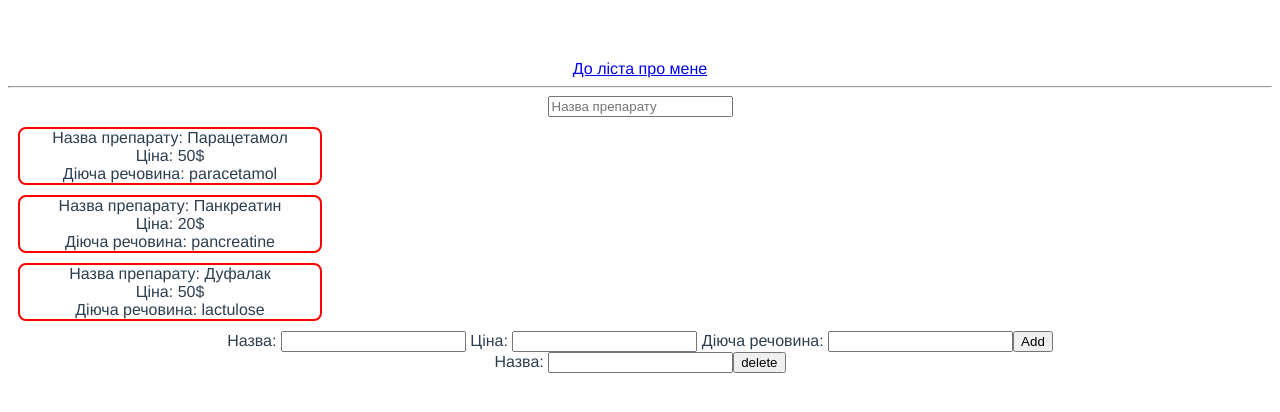
Repository: KYUUBI-K/Labs-from-2-course-
Page: /#/list (app in lab2(pharmacy)/)
These files come from the project's save history. The page is drawn as it stood at one moment and after the next save; the edit follows.
The browser window is 1280 px wide. The pictures show the whole page.
The project was rebuilt for these pictures with package versions that can differ from the ones it lists, and the page was loaded fresh each time.

Above is the page before, as saved 2021-12-21 14:44:43.

### lab2(pharmacy)/src/main.js
import Vue from 'vue'
import App from './App.vue'
import store from './state/index'
import VueRouter from 'vue-router';
import router from './router/index'

Vue.use(VueRouter);

Vue.config.productionTip = false

new Vue({
  store,
  router,
  render: (h) => h(App),
}).$mount('#app')

### lab2(pharmacy)/src/App.vue
<template>
  <div id="app">
    <router-link to="/list">До ліста </router-link>
    <router-link to="/AboutMe">про мене </router-link>
    <hr />
    <router-view></router-view>
  </div>
</template>

<script>
export default {
  name: "App",
  components: {},
};
</script>

<style>
#app {
  font-family: Avenir, Helvetica, Arial, sans-serif;
  -webkit-font-smoothing: antialiased;
  -moz-osx-font-smoothing: grayscale;
  text-align: center;
  color: #2c3e50;
  margin-top: 60px;
}
</style>

### lab2(pharmacy)/src/state/index.js
import Vue from 'vue'
import Vuex from 'vuex'
import { v4 as uuidv4 } from 'uuid'
Vue.use(Vuex)

const store = new Vuex.Store({
  state: {
    search:"",
    taskList:[
        {
          id:1, title:'Парацетамол', price:'50', active_substance:'paracetamol',
        },
        {
            id:2, title:'Панкреатин', price:'20', active_substance:'pancreatine',

        },
        {
            id:3, title:'Дуфалак', price:'50', active_substance:'lactulose',

        }
    ]
  },
  getters:{
      getTaskList:(state)=>state.taskList
  },
  mutations:{
    addNewTask(state, dataObj) {
      state.taskList.push({
        id: uuidv4(),
        ...dataObj,
      })
    },
    deleteTask(state,dataobj){


            state.taskList.splice(dataobj.title,1)

    }
  },
  actions:{
    addTask({ commit }, data) {
      commit('addNewTask', data)
    },
    delete({commit},data){
        commit('deleteTask',data)
    }
  }

})

export default store

### lab2(pharmacy)/src/router/index.js
import Vue from 'vue';
import VueRouter from 'vue-router';
import Tasklist from '../components/Tasklist'
Vue.use(VueRouter);

export const router = new VueRouter({
    routes:[
    {
        path:'/list',
        component:Tasklist,
        name:'list',
    }
    ]

});
export default router

### lab2(pharmacy)/src/components/Tasklist/index.vue
<template>
  <div>
    <div>
      <input type="search" v-model="search" placeholder="Назва препарату" />
    </div>
    <task-item v-for="task in filterTask" :key="task.id" :task="task" />
    <div>
      <add-new-task />
    </div>
  </div>
</template>

<script>
import TaskItem from "./Taskitem";
import AddNewTask from "@/components/AddNewTask";

import { mapGetters } from "vuex";
export default {
  data() {
    return {
      search: "",
    };
  },
  name: "TaskList",
  components: {
    TaskItem,
    AddNewTask,
  },
  computed: {
    ...mapGetters(["getTaskList"]),
    filterTask() {
      let list = [...this.getTaskList];
      if (this.search) {
        list = list.filter((item) => {
          return item.title.indexOf(this.search) > -1;
        });
      }
      return list;
    },
  },
};
</script>

<style lang="scss" scoped>
</style>

### lab2(pharmacy)/src/components/Tasklist/Taskitem/index.vue
<template>
  <div class="task">
    <div>Назва препарату: {{ task.title }}</div>
    <div>Ціна: {{ task.price }}$</div>
    <div>Діюча речовина: {{ task.active_substance }}</div>
  </div>
</template>

<script>
export default {
  name: "Taskitem",
  props: {
    task: {
      type: Object,
      default: () => ({}),
    },
  },
};
</script>

<style lang="css" scoped>
.task {
  width: 300px;
  border: 2px solid red;
  border-radius: 8px;
  margin: 10px;
}
</style>

### lab2(pharmacy)/src/components/AddNewTask/index.vue
<template>
  <div>
    <div>
      <label>
        Назва:
        <input type="text" v-model="title" />
      </label>
      <label>
        Ціна:
        <input type="text" v-model.number="price" />
      </label>
      <label>
        Діюча речовина:
        <input type="number" v-model.number="active_substance" />
      </label>
      <button @click="onAdd">Add</button>
    </div>
    <div>
      <label>
        Назва:
        <input type="text" v-model="title" />
      </label>
      <button @click="deletetask">delete</button>
    </div>
  </div>
</template>

<script>
//1. Імпортуємо mapActions
import { mapActions } from "vuex";
export default {
  name: "AddNewTask",

  data() {
    return {
      title: null,
      price: null,
      active_substance: null,
    };
  },

  methods: {
    ...mapActions(["addTask", "delete"]),
    onAdd() {
      this.addTask({
        title: this.title,
        price: this.price,
        active_substance: this.active_substance,
      });
    },
    deletetask() {
      this.delete({
        title: this.title,
      });
    },
  },
};
</script>

<style lang="scss" scoped>
</style>

Loaded but not shown: lab2(pharmacy)/public/index.html (common file)

After the next save:
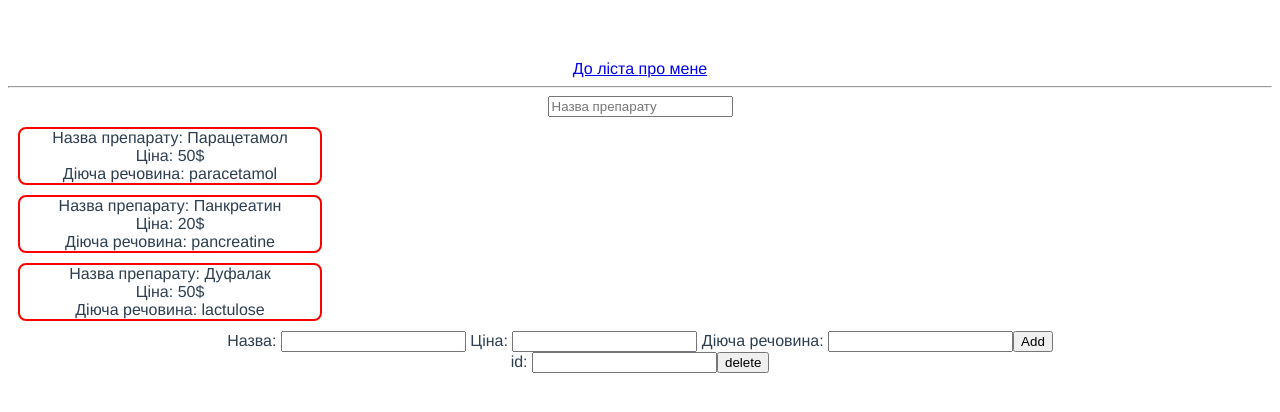
Saved 14 min 0 s later.
--- a/lab2(pharmacy)/src/components/AddNewTask/index.vue
+++ b/lab2(pharmacy)/src/components/AddNewTask/index.vue
@@ -17,8 +17,8 @@
     </div>
     <div>
       <label>
-        Назва:
-        <input type="text" v-model="title" />
+        id:
+        <input type="number" v-model.number="id" />
       </label>
       <button @click="deletetask">delete</button>
     </div>
@@ -33,6 +33,7 @@ export default {
 
   data() {
     return {
+      id: null,
       title: null,
       price: null,
       active_substance: null,
@@ -50,7 +51,7 @@ export default {
     },
     deletetask() {
       this.delete({
-        title: this.title,
+        id: this.id,
       });
     },
   },
